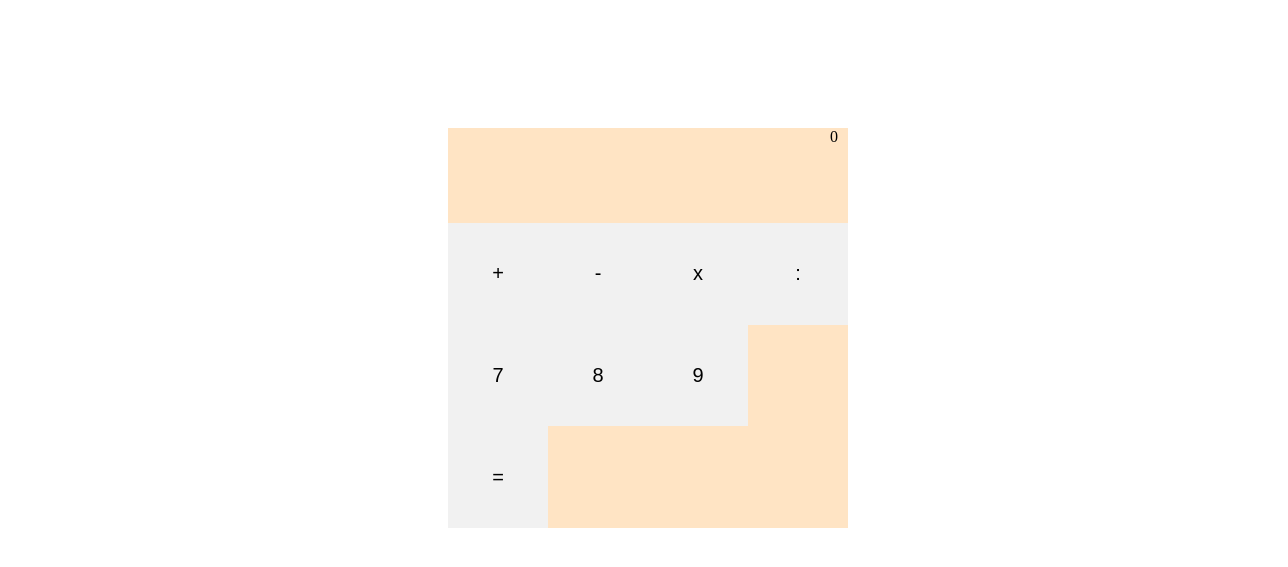
Repository: CryptoFamilyNFT/develhope
Page: css/Grid 2/calculator.html
An editor plug-in stored every save of this project. The page is shown before and after the next save, followed by the edit.
The browser window is 1280 px wide. The page is 1288 px wide, so the pictures cover 1288 px, including what lies to the right of the window. The pictures show the whole page.

Above is the page before, as saved 2024-11-18 09:12:46.

After the next save:
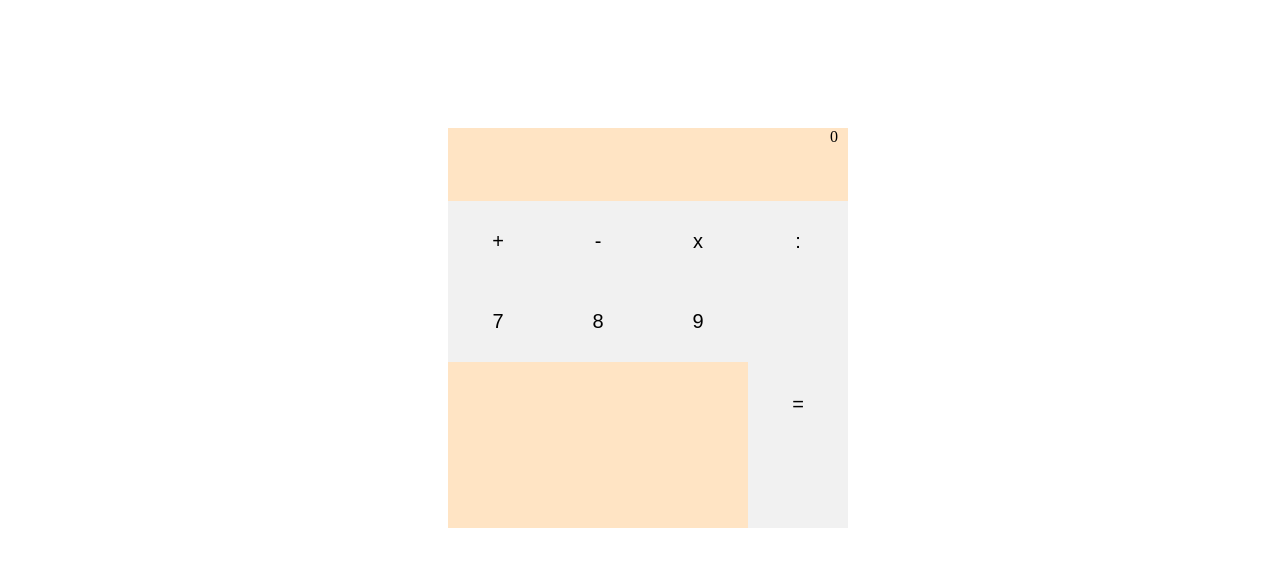
Saved 30 s later.
--- a/css/Grid 2/calculator.css
+++ b/css/Grid 2/calculator.css
@@ -36,7 +36,7 @@ body {
 }
 
 .row-4 {
-    grid-row: 4;
+    grid-row: span 4;
 }
 
 button {
